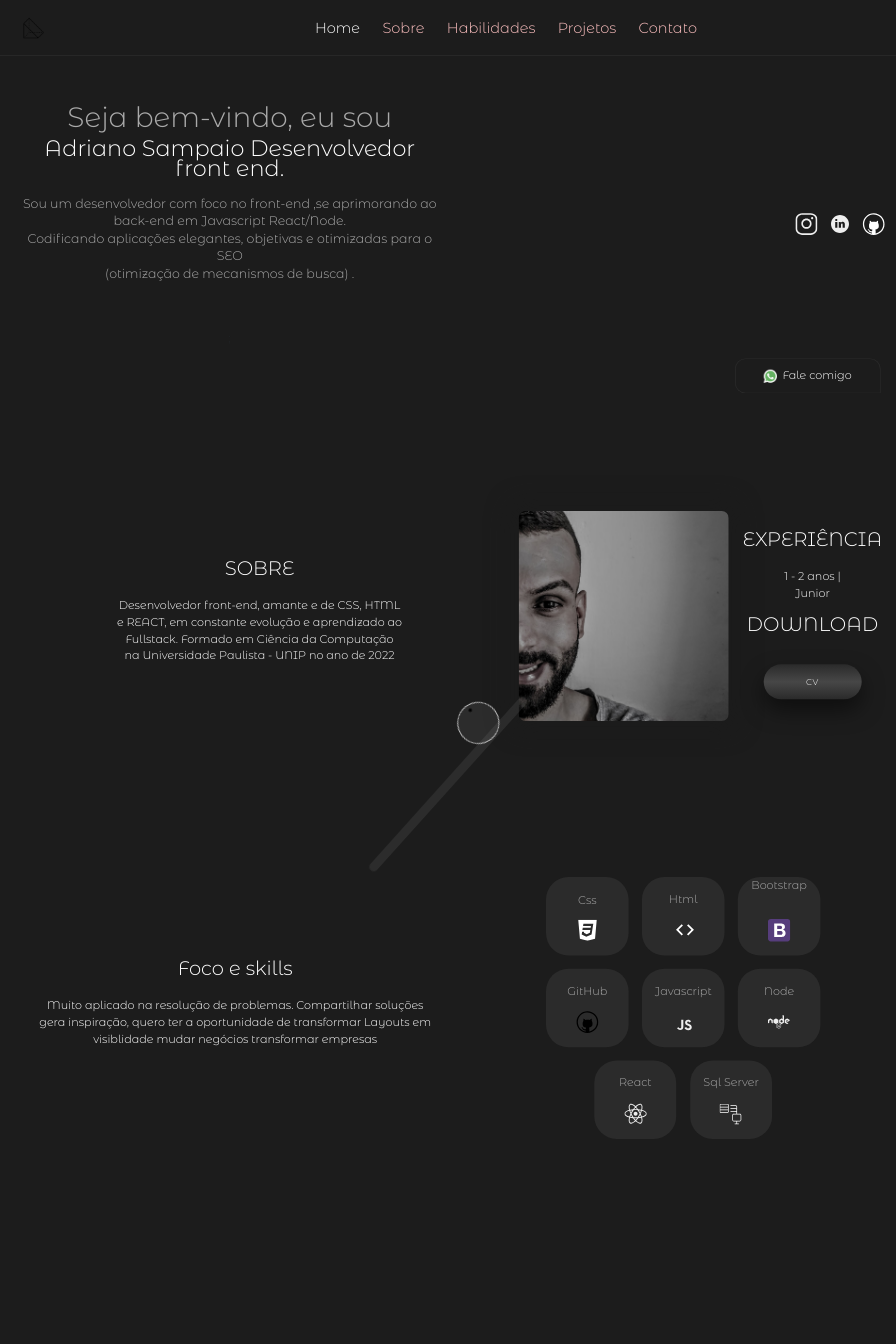
Repository: adrianodisam/NovoPortifolio
Page: /
An editor plug-in stored every save of this project. The page is shown before and after the next save, followed by the edit.
The browser window is 1280 px wide. The pictures show the part of the page from y = 0 to 1920 px (the page is 3024 px tall), at 70% of full size.
The project was rebuilt for these pictures with package versions that can differ from the ones it lists, and the page was loaded fresh each time. Imported but missing from the stored project, and not drawn on this page: src/componentes/Download/Adriano.pdf.

Above is the page before, as saved 2024-11-02 16:35:40.

After the next save:
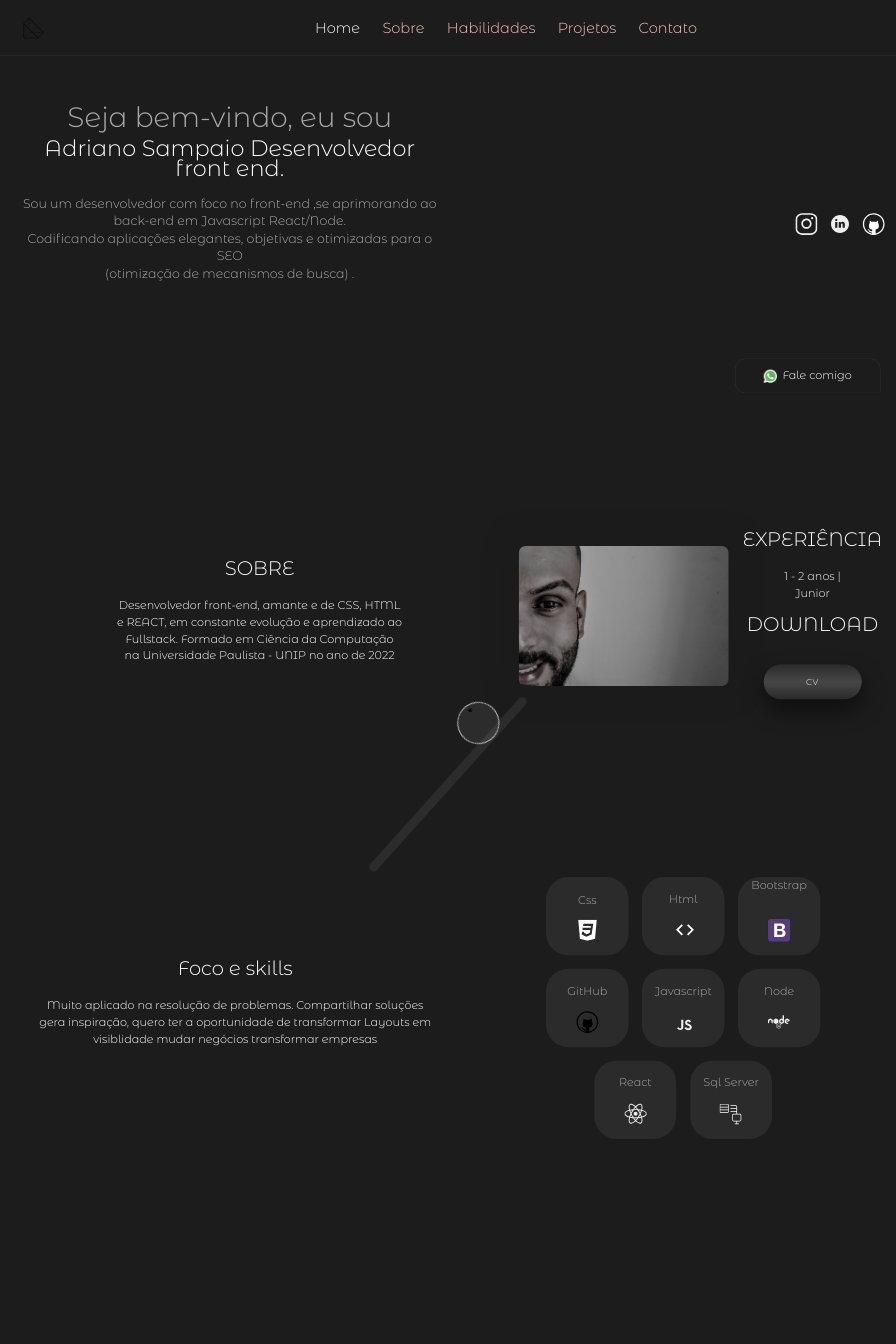
Saved 23 s later.
--- a/src/componentes/FotoSobre/FotoSobre.module.css
+++ b/src/componentes/FotoSobre/FotoSobre.module.css
@@ -13,7 +13,7 @@
   width: 15rem;
   transition: all 0.4s;
   width: 300px; /* Ajuste o tamanho conforme necessário */
-  height: 300px; /* Ajuste o tamanho conforme necessário */
+  height: 200px; /* Ajuste o tamanho conforme necessário */
   object-fit: cover;
   border-radius: 10px; /* Raio para bordas arredondadas */
   box-shadow: 0 0 30px 15px rgba(28, 28, 28, 0.8); /* Sombra esfumaçada */
